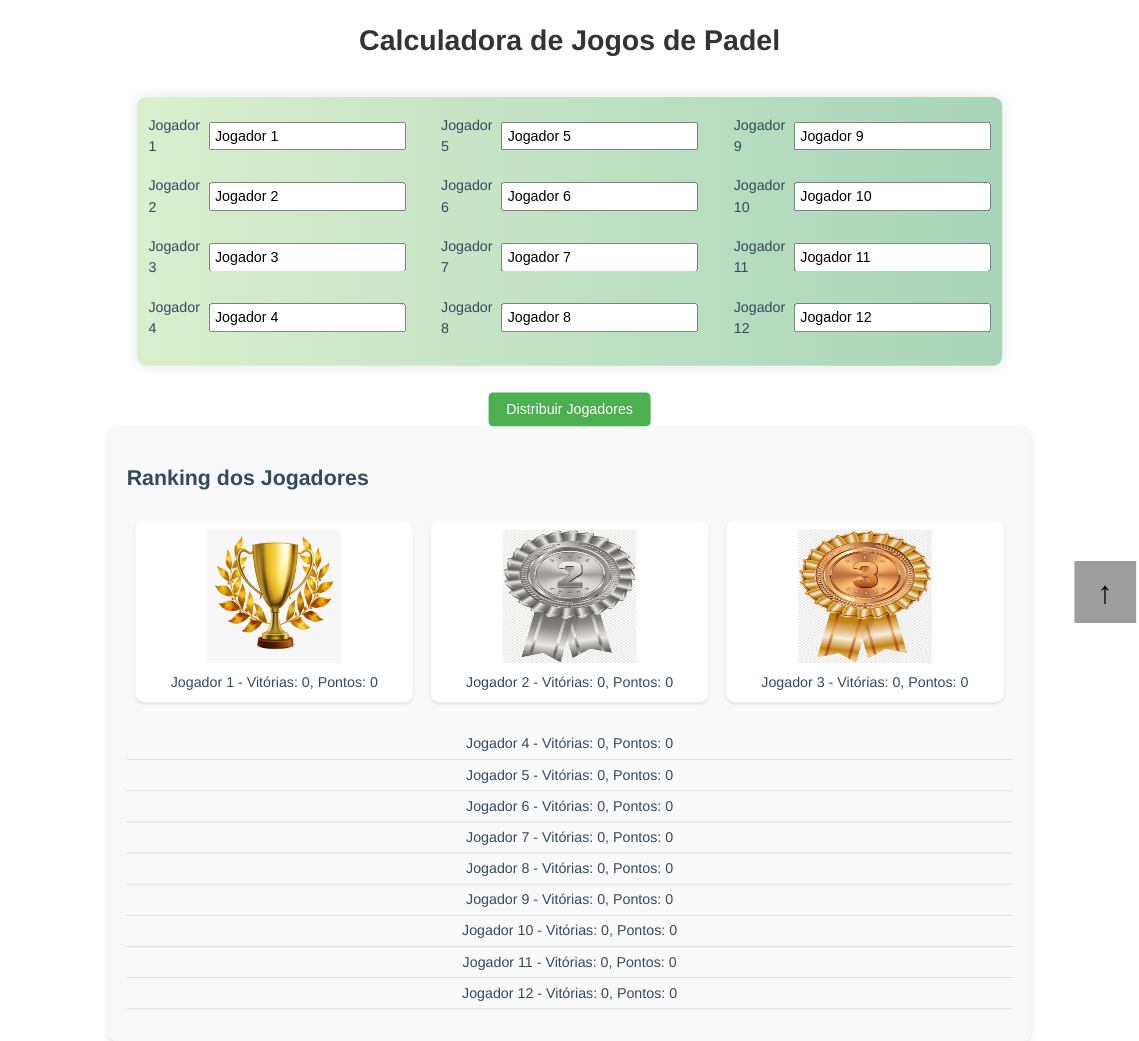
Repository: MarcioMiguel22/PadelMaster
Page: /calculadora
These files come from the project's save history. The page is drawn as it stood at one moment and after the next save; the edit follows.
The browser window is 1280 px wide. The pictures show the whole page, at 89% of full size.
Pictures or frames that could not be fetched are drawn as grey boxes. The project was rebuilt for these pictures with package versions that can differ from the ones it lists, and the page was loaded fresh each time. Also part of the build but not shown: vite.config.ts, src/pages/Home/Home.tsx, src/components/components_calculadora/Campo.tsx, src/components/components_calculadora/Jogo.tsx, src/pages/Player/playerComponent.tsx, src/index.css.

Above is the page before, as saved 2024-06-16 09:35:49.

After the next save:
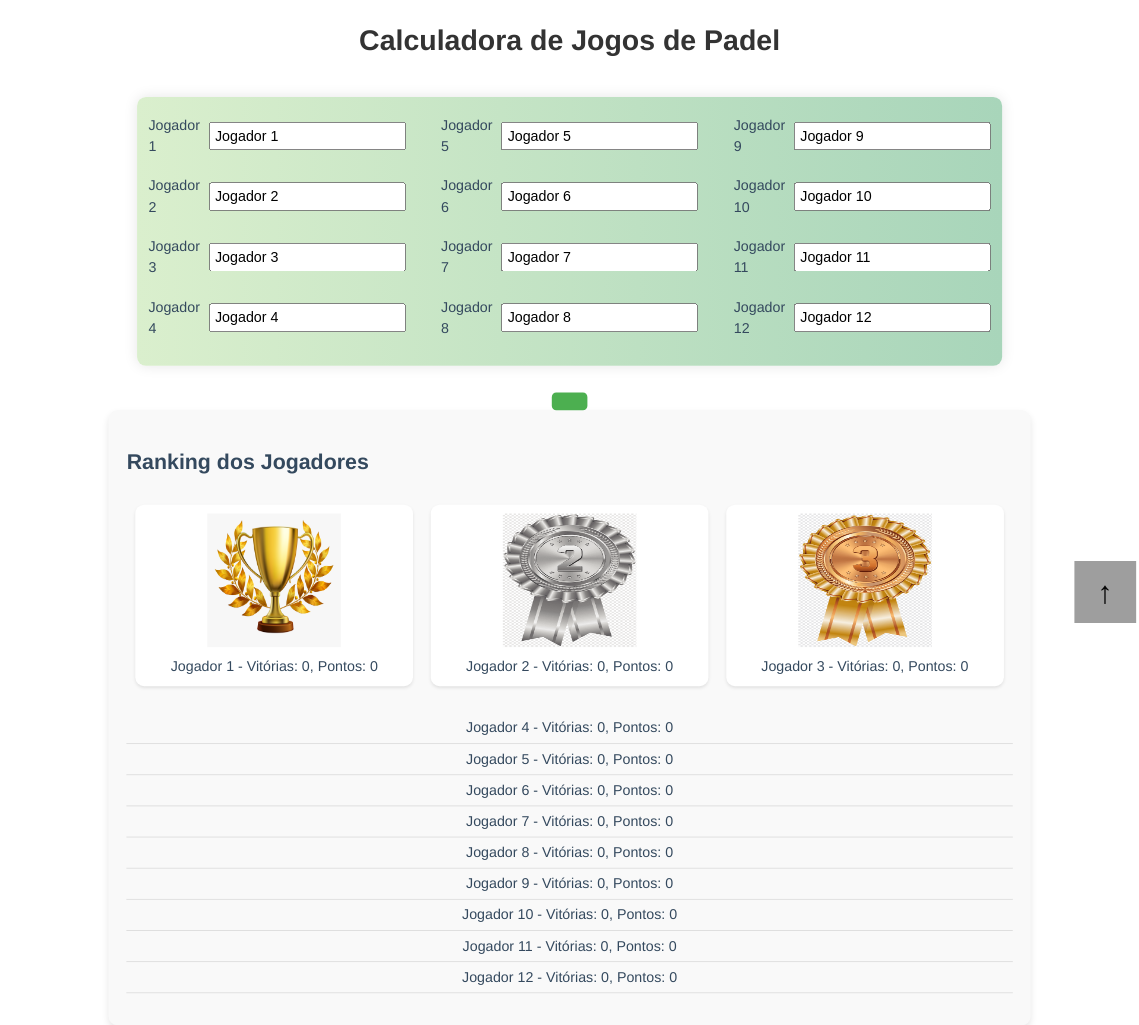
Saved 3 min 22 s later.
--- a/src/pages/Calculadora/Calculadora.tsx
+++ b/src/pages/Calculadora/Calculadora.tsx
@@ -117,7 +117,9 @@ const CalculadoraApp: React.FC = () => {
       <div className="main-content">
         <JogadoresLista jogadores={jogadores} handleNomeChange={handleNomeChange} />
         <div className="fields-container">
-          <button onClick={distribuirJogadores} className="distribute-button">Distribuir Jogadores</button>
+          <div className="button-container">
+            <button onClick={distribuirJogadores} className="distribute-button"></button>
+          </div>
           {jogos.map((jogo, jogoIndex) => (
             <Jogo
               key={jogoIndex}
@@ -130,7 +132,9 @@ const CalculadoraApp: React.FC = () => {
           ))}
         </div>
         {jogos.length > 0 && jogos.length < 5 && (
-          <button onClick={() => iniciarProximoJogo(jogos, setJogos)} className="distribute-button">Jogo {jogos.length + 1}</button>
+          <div className="button-container">
+            <button onClick={() => iniciarProximoJogo(jogos, setJogos)} className="distribute-button"></button>
+          </div>
         )}
         <ScrollToTopButton />
         <Ranking jogadoresClassificados={jogadoresClassificados} />
